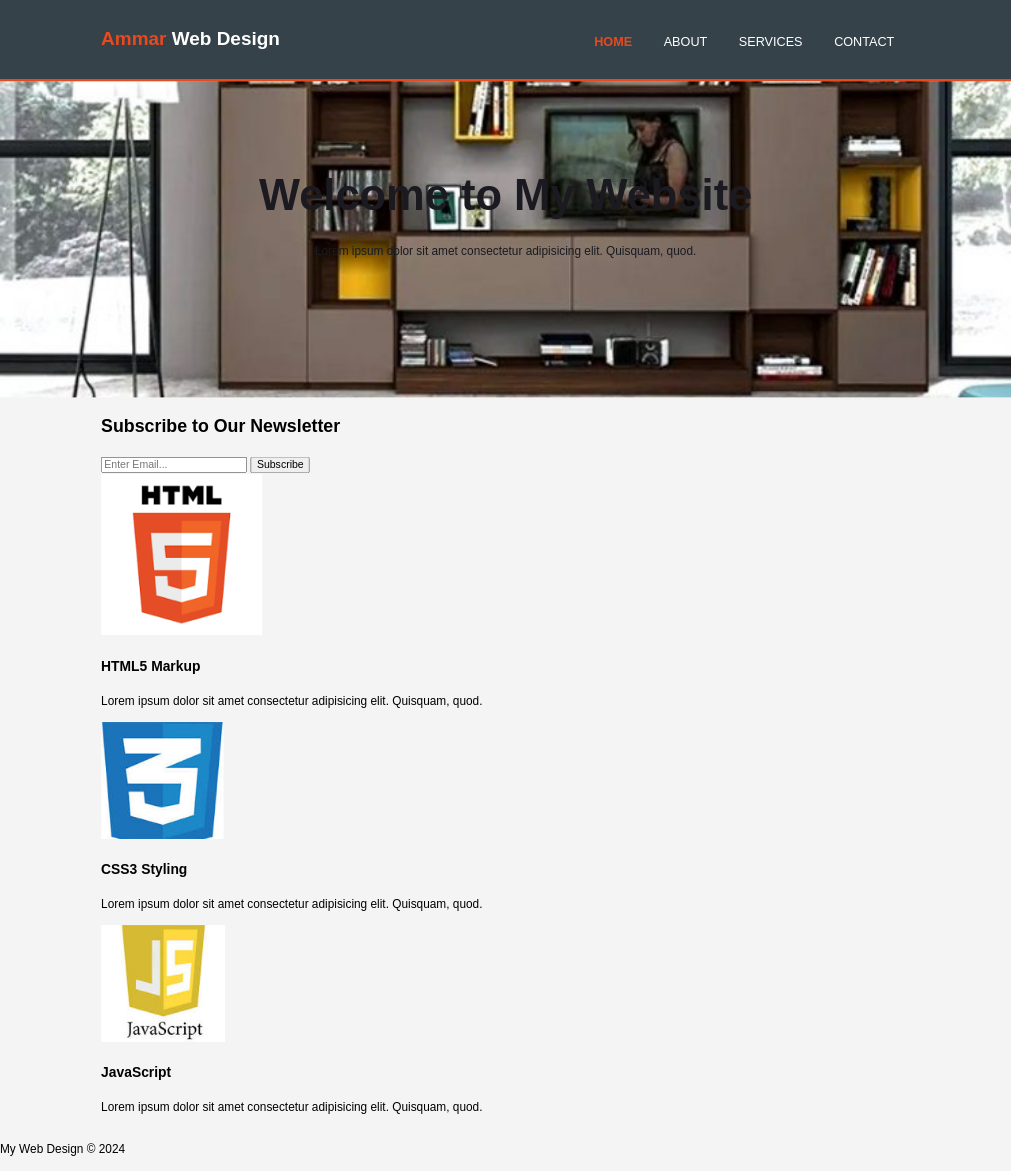
Repository: aobeid1979/html-website
Page: index.html
These files come from the project's save history. The page is drawn as it stood at one moment and after a run of saves; the edit follows.
The browser window is 1280 px wide. The pictures show the whole page, at 79% of full size.

Above is the page before, as saved 2024-05-03 11:23:45.

After the next 2 saves:
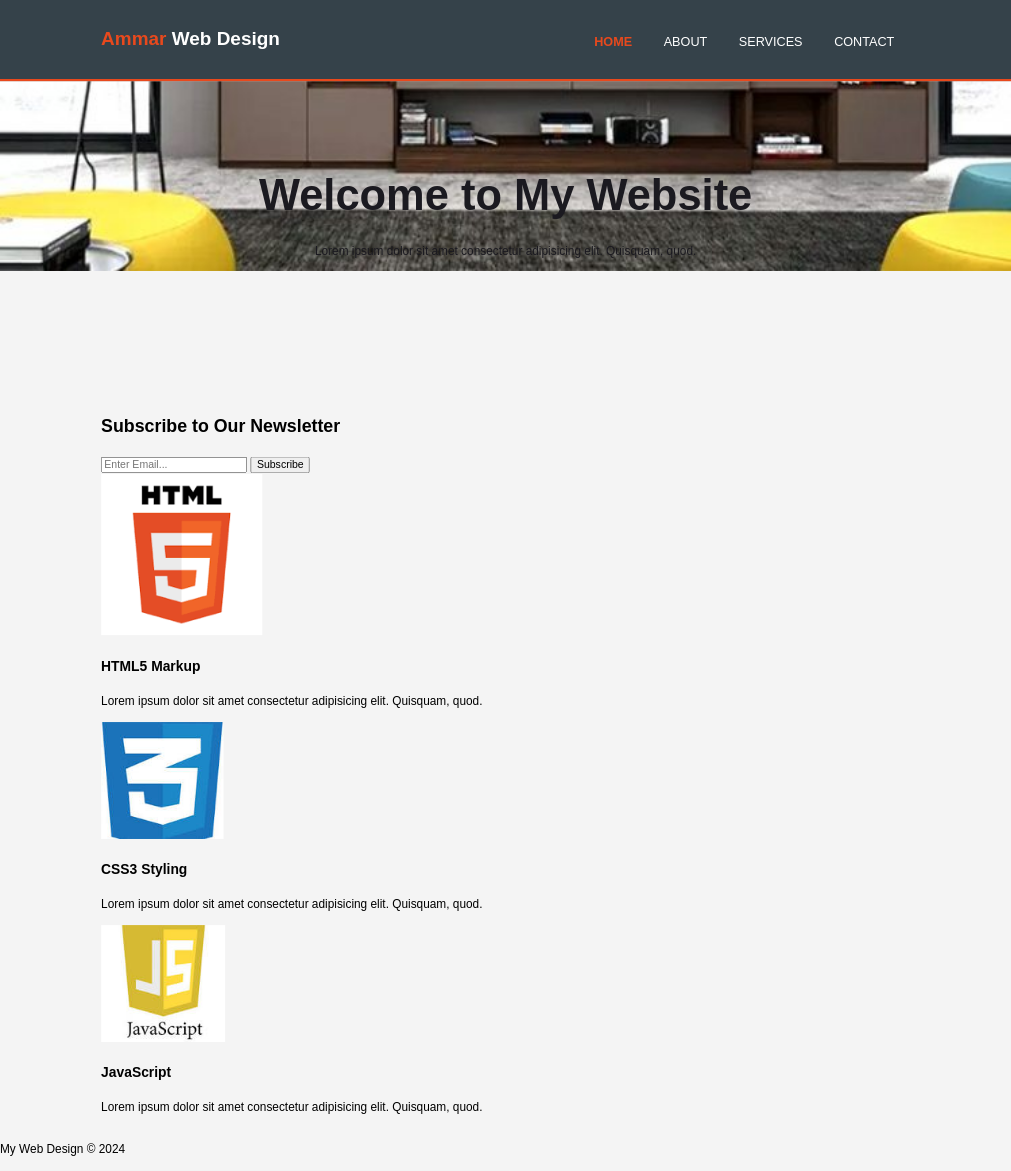
The 2 saves are shown as one change because they came seconds apart.
The last was saved 7 s later.
--- a/css/style.css
+++ b/css/style.css
@@ -69,7 +69,7 @@
 
 #showcase{
     background:url('../img/showcase.jpg') no-repeat center center;
-    background-position: center -400-400px0;
+    background-position: center -400px;
     background-size: cover;
     min-height: 400px;
     text-align: center;

After the save that followed:
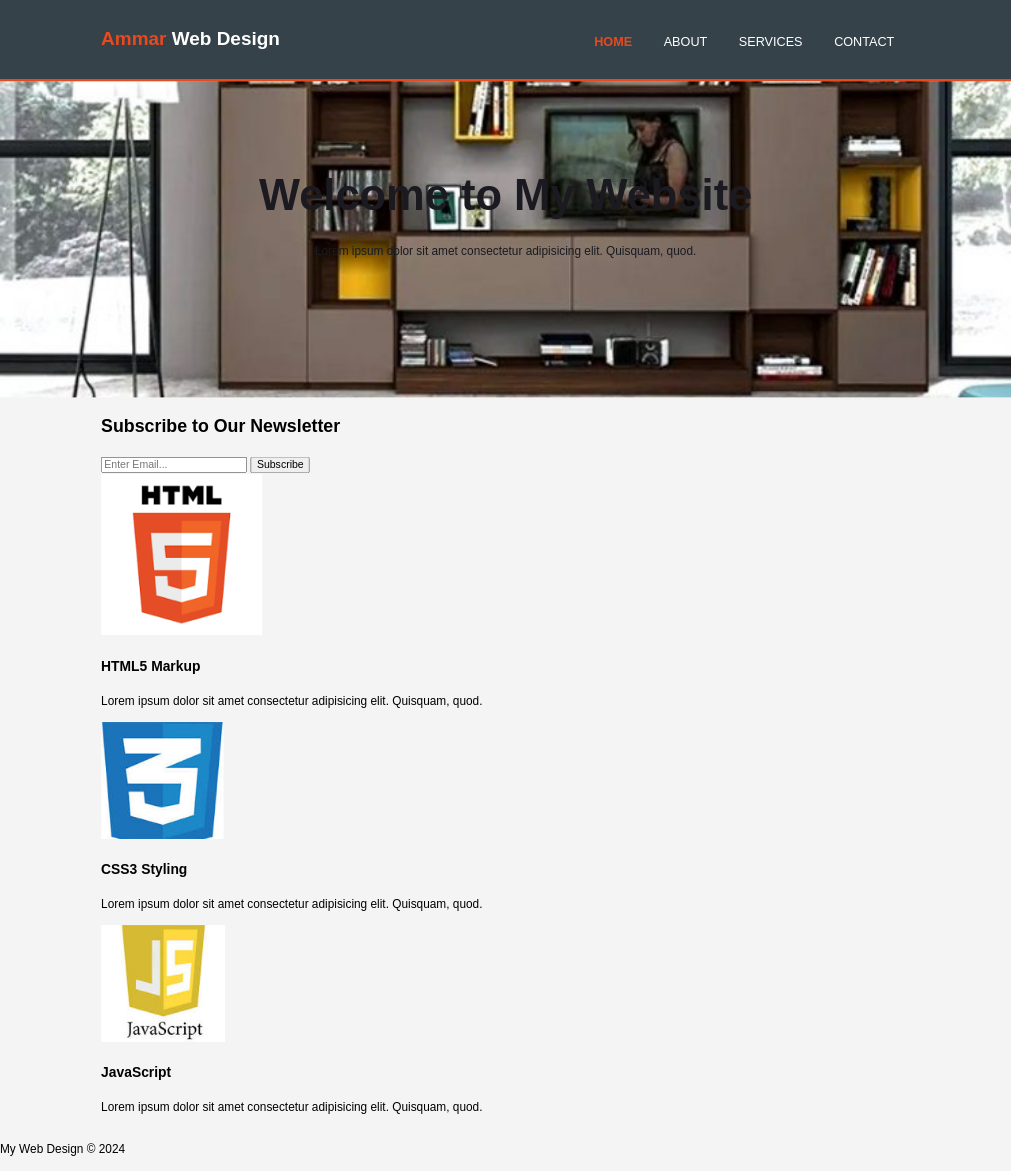
Saved 26 s later.
--- a/css/style.css
+++ b/css/style.css
@@ -69,7 +69,7 @@
 
 #showcase{
     background:url('../img/showcase.jpg') no-repeat center center;
-    background-position: center -400px;
+    background-position: center -400;
     background-size: cover;
     min-height: 400px;
     text-align: center;
